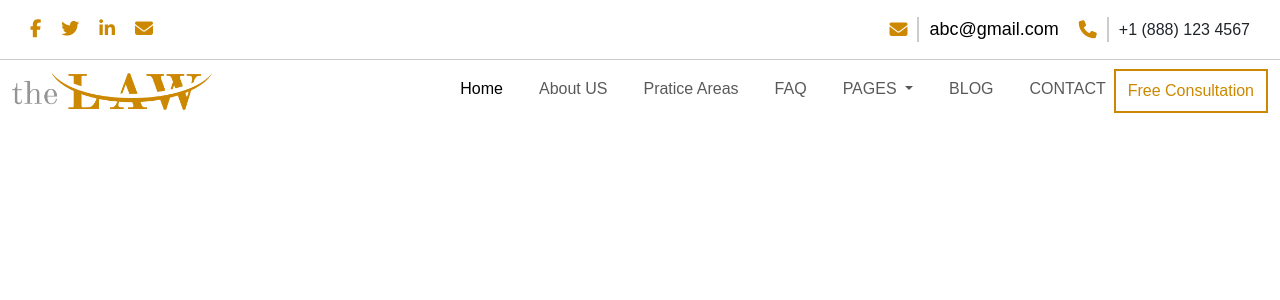
Repository: arehmanraza/lawyer_website
Page: Pages/index.html
The author's editor kept a copy of each file at every save. The page is drawn from the files as they stood at one save, then again after the next save.
The browser window is 1280 px wide. The pictures show the whole page.
Some web libraries are served in a nearby version.

Above is the page before, as saved 2024-05-22 01:52:50.

After the next save:
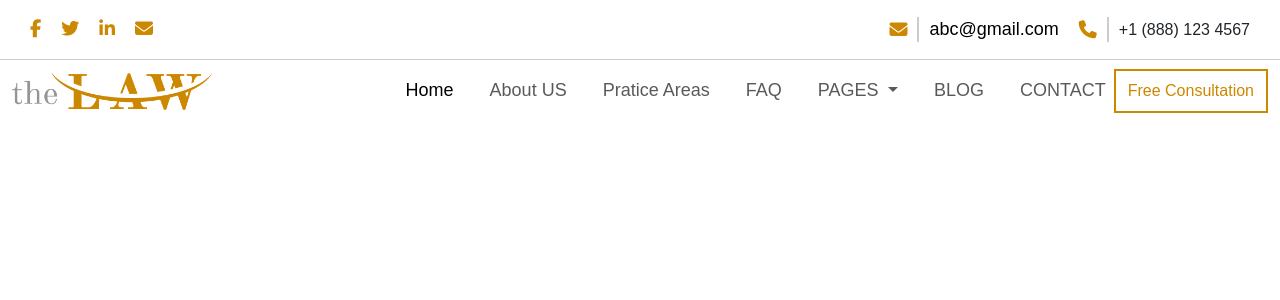
Saved 10 s later.
--- a/Styling/style.css
+++ b/Styling/style.css
@@ -78,4 +78,5 @@
 .nav-link{
     margin-left: 20px !important;
     font-weight: 400 !important;
+    font-size: 18px !important;
 }
